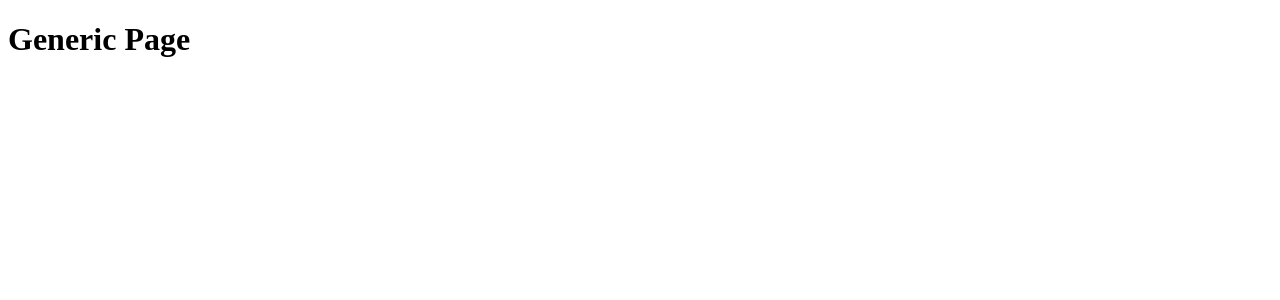
Repository: bona-hub/281_be_html
Page: smart-robot/src/main/java/com/cloud281_project/error.html
These files come from the project's save history. The page is drawn as it stood at one moment and after the next save; the edit follows.
The browser window is 1280 px wide. The pictures show the whole page.

Above is the page before, as saved 2024-12-02 00:27:05.

After the next save:
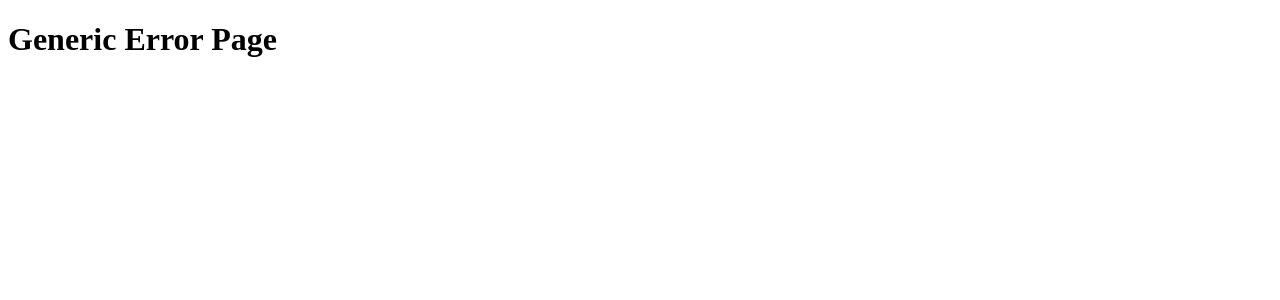
Saved 62 s later.
--- a/smart-robot/src/main/java/com/cloud281_project/error.html
+++ b/smart-robot/src/main/java/com/cloud281_project/error.html
@@ -5,7 +5,7 @@
 </head>
 <body>
 
-<h1>Generic Page</h1>
+<h1>Generic Error Page</h1>
 
 </body>
 
